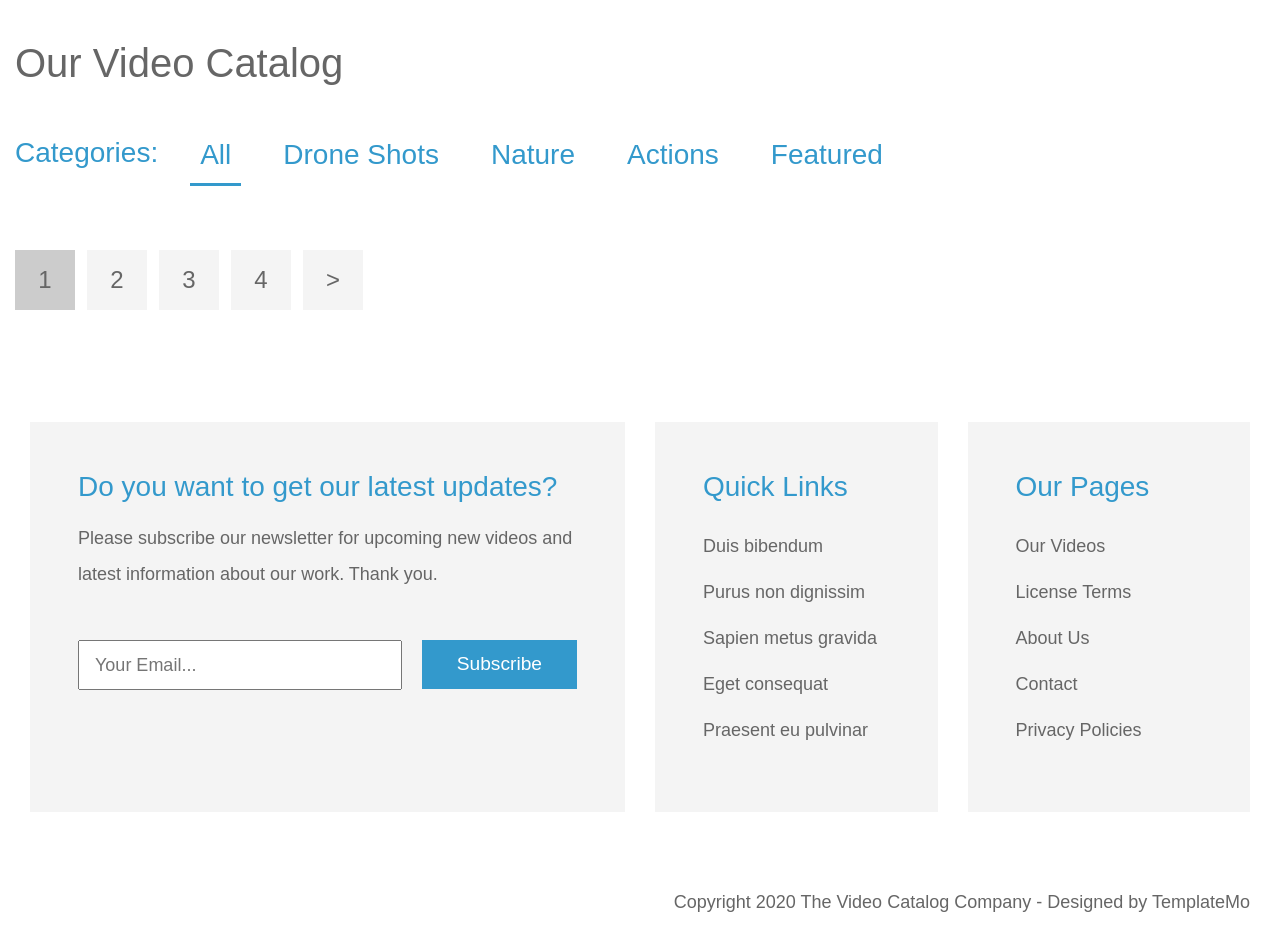
Repository: Marhamat92/PCAT-project-with-node-backend
Page: http://localhost/
The author's editor kept a copy of each file at every save. The page is drawn from the files as they stood at one save, then again after the next save.
The browser window is 1280 px wide. The pictures show the part of the page from y = 761 to 1713 px (the page is 1767 px tall before and 1707 px after).
Some web fonts or font styles are not loaded; a fallback is used. The page is served by the project's Node server (app.js). Other server files are loaded and not shown. Queries for data that is not in the repository find no rows.

Above is the page before, as saved 2023-02-23 18:32:07.

### views/index.ejs
<%- include('partials/_header') %>
    <!-- include the head partial -->

    <body>
        <div class="tm-page-wrap mx-auto">
            <div class="position-relative">
                <%- include('partials/_navigation') %>
                    <div class="tm-welcome-container text-center text-white">
                        <div class="tm-welcome-container-inner">
                            <p class="tm-welcome-text mb-1 text-white">Video Catalog is brought to you by TemplateMo.
                            </p>
                            <p class="tm-welcome-text mb-5 text-white">This is a full-width video banner.</p>
                            <a href="#content" class="btn tm-btn-animate tm-btn-cta tm-icon-down">
                                <span>Discover</span>
                            </a>
                        </div>
                    </div>

                    <div id="tm-video-container">
                        <video autoplay muted loop id="tm-video">
                            <!-- <source src="video/sunset-timelapse-video.mp4" type="video/mp4"> -->
                            <source src="video/wheat-field.mp4" type="video/mp4">
                        </video>
                    </div>

                    <i id="tm-video-control-button" class="fas fa-pause"></i>
            </div>

            <div class="container-fluid">
                <div id="content" class="mx-auto tm-content-container">
                    <main>
                        <div class="row">
                            <div class="col-12">
                                <h2 class="tm-page-title mb-4">Our Video Catalog</h2>
                                <div class="tm-categories-container mb-5">
                                    <h3 class="tm-text-primary tm-categories-text">Categories:</h3>
                                    <ul class="nav tm-category-list">
                                        <li class="nav-item tm-category-item"><a href="#"
                                                class="nav-link tm-category-link active">All</a></li>
                                        <li class="nav-item tm-category-item"><a href="#"
                                                class="nav-link tm-category-link">Drone Shots</a></li>
                                        <li class="nav-item tm-category-item"><a href="#"
                                                class="nav-link tm-category-link">Nature</a></li>
                                        <li class="nav-item tm-category-item"><a href="#"
                                                class="nav-link tm-category-link">Actions</a></li>
                                        <li class="nav-item tm-category-item"><a href="#"
                                                class="nav-link tm-category-link">Featured</a></li>
                                    </ul>
                                </div>
                            </div>
                        </div>

                        <div class="row tm-catalog-item-list">

                            <% for(let i=0; i<photos.length; i++) { %>

                                <div class="col-lg-4 col-md-6 col-sm-12 tm-catalog-item">
                                    <div class="position-relative tm-thumbnail-container">
                                        <img src="<%= photos[i].image %>" alt="Image"
                                            class="img-fluid tm-catalog-item-img">
                                        <a href="/photos/<%= photos[i]._id %>" class="position-absolute tm-img-overlay">
                                            <i class="fas fa-play tm-overlay-icon"></i>
                                        </a>
                                    </div>
                                    <div class="p-4 tm-bg-gray tm-catalog-item-description">
                                        <h3 class="tm-text-primary mb-3 tm-catalog-item-title">
                                            <%= photos[i].title %>
                                        </h3>
                                        <p class="tm-catalog-item-text">
                                            <%= photos[i].description %>
                                        </p>
                                    </div>
                                </div>

                                <% } %>

                        </div>

                        <!-- Catalog Paging Buttons -->
                        <div>
                            <ul class="nav tm-paging-links">
                                <li class="nav-item active"><a href="#" class="nav-link tm-paging-link">1</a></li>
                                <li class="nav-item"><a href="#" class="nav-link tm-paging-link">2</a></li>
                                <li class="nav-item"><a href="#" class="nav-link tm-paging-link">3</a></li>
                                <li class="nav-item"><a href="#" class="nav-link tm-paging-link">4</a></li>
                                <li class="nav-item"><a href="#" class="nav-link tm-paging-link">></a></li>
                            </ul>
                        </div>
                    </main>

                    <%- include('partials/_footer') %>
                        <!-- footer partial with ejs syntax        -->
                </div> <!-- tm-content-container -->
            </div>

        </div> <!-- .tm-page-wrap -->

        <script src="js/jquery-3.4.1.min.js"></script>
        <script src="js/bootstrap.min.js"></script>
        <script>
            function setVideoSize() {
                const vidWidth = 1920;
                const vidHeight = 1080;
                let windowWidth = window.innerWidth;
                let newVidWidth = windowWidth;
                let newVidHeight = windowWidth * vidHeight / vidWidth;
                let marginLeft = 0;
                let marginTop = 0;

                if (newVidHeight < 500) {
                    newVidHeight = 500;
                    newVidWidth = newVidHeight * vidWidth / vidHeight;
                }

                if (newVidWidth > windowWidth) {
                    marginLeft = -((newVidWidth - windowWidth) / 2);
                }

                if (newVidHeight > 720) {
                    marginTop = -((newVidHeight - $('#tm-video-container').height()) / 2);
                }

                const tmVideo = $('#tm-video');

                tmVideo.css('width', newVidWidth);
                tmVideo.css('height', newVidHeight);
                tmVideo.css('margin-left', marginLeft);
                tmVideo.css('margin-top', marginTop);
            }

            $(document).ready(function () {
                /************** Video background *********/

                setVideoSize();

                // Set video background size based on window size
                let timeout;
                window.onresize = function () {
                    clearTimeout(timeout);
                    timeout = setTimeout(setVideoSize, 100);
                };

                // Play/Pause button for video background
                const btn = $("#tm-video-control-button");

                btn.on("click", function (e) {
                    const video = document.getElementById("tm-video");
                    $(this).removeClass();

                    if (video.paused) {
                        video.play();
                        $(this).addClass("fas fa-pause");
                    } else {
                        video.pause();
                        $(this).addClass("fas fa-play");
                    }
                });
            })


        </script>
    </body>

    </html>

### views/partials/_header.ejs
<!DOCTYPE html>
<html lang="en">

<head>
  <meta charset="UTF-8">
  <meta name="viewport" content="width=device-width, initial-scale=1.0">
  <title>Video Catalog</title>
  <link rel="stylesheet" href="/fontawesome/css/all.min.css"> <!-- https://fontawesome.com/ -->
  <link href="https://fonts.googleapis.com/css2?family=Source+Sans+Pro&display=swap" rel="stylesheet">
  <!-- https://fonts.google.com/ -->
  <link rel="stylesheet" href="/css/bootstrap.min.css">
  <link rel="stylesheet" href="/css/templatemo-video-catalog.css">
  <!--

TemplateMo 552 Video Catalog

https://templatemo.com/tm-552-video-catalog

-->
</head>

### views/partials/_navigation.ejs
<div class="position-absolute tm-site-header">
  <div class="container-fluid position-relative">
    <div class="row">
      <div class="col-7 col-md-4">
        <a href="/" class="tm-bg-black text-center tm-logo-container">
          <i class="fas fa-video tm-site-logo mb-3"></i>
          <h1 class="tm-site-name">PCAT</h1>
        </a>
      </div>
      <div class="col-5 col-md-8 ml-auto mr-0">
        <div class="tm-site-nav">
          <nav class="navbar navbar-expand-lg mr-0 ml-auto" id="tm-main-nav">
            <button class="navbar-toggler tm-bg-black py-2 px-3 mr-0 ml-auto collapsed" type="button"
              data-toggle="collapse" data-target="#navbar-nav" aria-controls="navbar-nav" aria-expanded="false"
              aria-label="Toggle navigation">
              <span>
                <i class="fas fa-bars tm-menu-closed-icon"></i>
                <i class="fas fa-times tm-menu-opened-icon"></i>
              </span>
            </button>
            <div class="collapse navbar-collapse tm-nav" id="navbar-nav">
              <ul class="navbar-nav text-uppercase">
                <li class="nav-item active">
                  <a class="nav-link tm-nav-link" href="/">Videos <span class="sr-only">(current)</span></a>
                </li>
                <li class="nav-item">
                  <a class="nav-link tm-nav-link" href="/about">About</a>
                </li>
                <li class="nav-item">
                  <a class="nav-link tm-nav-link" href="/add">Add Photo</a>
                </li>
              </ul>
            </div>
          </nav>
        </div>
      </div>
    </div>
  </div>
</div>

### views/partials/_footer.ejs
<div class="container-fluid tm-content-container mx-auto pt-5">
  <!-- Subscribe form and footer links -->
  <div class="row mt-5 pt-3">
    <div class="col-xl-6 col-lg-12 mb-4">
      <div class="tm-bg-gray p-5 h-100">
        <h3 class="tm-text-primary mb-3">Do you want to get our latest updates?</h3>
        <p class="mb-5">Please subscribe our newsletter for upcoming new videos and latest
          information
          about our
          work. Thank you.</p>
        <form action="" method="GET" class="tm-subscribe-form">
          <input type="text" name="email" placeholder="Your Email..." required>
          <button type="submit" class="btn rounded-0 btn-primary tm-btn-small">Subscribe</button>
        </form>
      </div>
    </div>
    <div class="col-xl-3 col-lg-6 col-md-6 col-sm-6 col-12 mb-4">
      <div class="p-5 tm-bg-gray">
        <h3 class="tm-text-primary mb-4">Quick Links</h3>
        <ul class="list-unstyled tm-footer-links">
          <li><a href="#">Duis bibendum</a></li>
          <li><a href="#">Purus non dignissim</a></li>
          <li><a href="#">Sapien metus gravida</a></li>
          <li><a href="#">Eget consequat</a></li>
          <li><a href="#">Praesent eu pulvinar</a></li>
        </ul>
      </div>
    </div>
    <div class="col-xl-3 col-lg-6 col-md-6 col-sm-6 col-12 mb-4">
      <div class="p-5 tm-bg-gray h-100">
        <h3 class="tm-text-primary mb-4">Our Pages</h3>
        <ul class="list-unstyled tm-footer-links">
          <li><a href="#">Our Videos</a></li>
          <li><a href="#">License Terms</a></li>
          <li><a href="#">About Us</a></li>
          <li><a href="#">Contact</a></li>
          <li><a href="#">Privacy Policies</a></li>
        </ul>
      </div>
    </div>
  </div> <!-- row -->

  <footer class="row pt-5">
    <div class="col-12">
      <p class="text-right">Copyright 2020 The Video Catalog Company

        - Designed by <a href="https://templatemo.com" rel="nofollow" target="_parent">TemplateMo</a>
      </p>
    </div>
  </footer>
</div>

Loaded but not shown: public/fontawesome/css/all.min.css (library); public/css/bootstrap.min.css (library); public/js/jquery-3.4.1.min.js (library); public/js/bootstrap.min.js (library); controllers/photoControllers.js (57 lines, source omitted); app.js (52 lines, source omitted); public/css/templatemo-video-catalog.css (528 lines, source omitted)

After the next save:
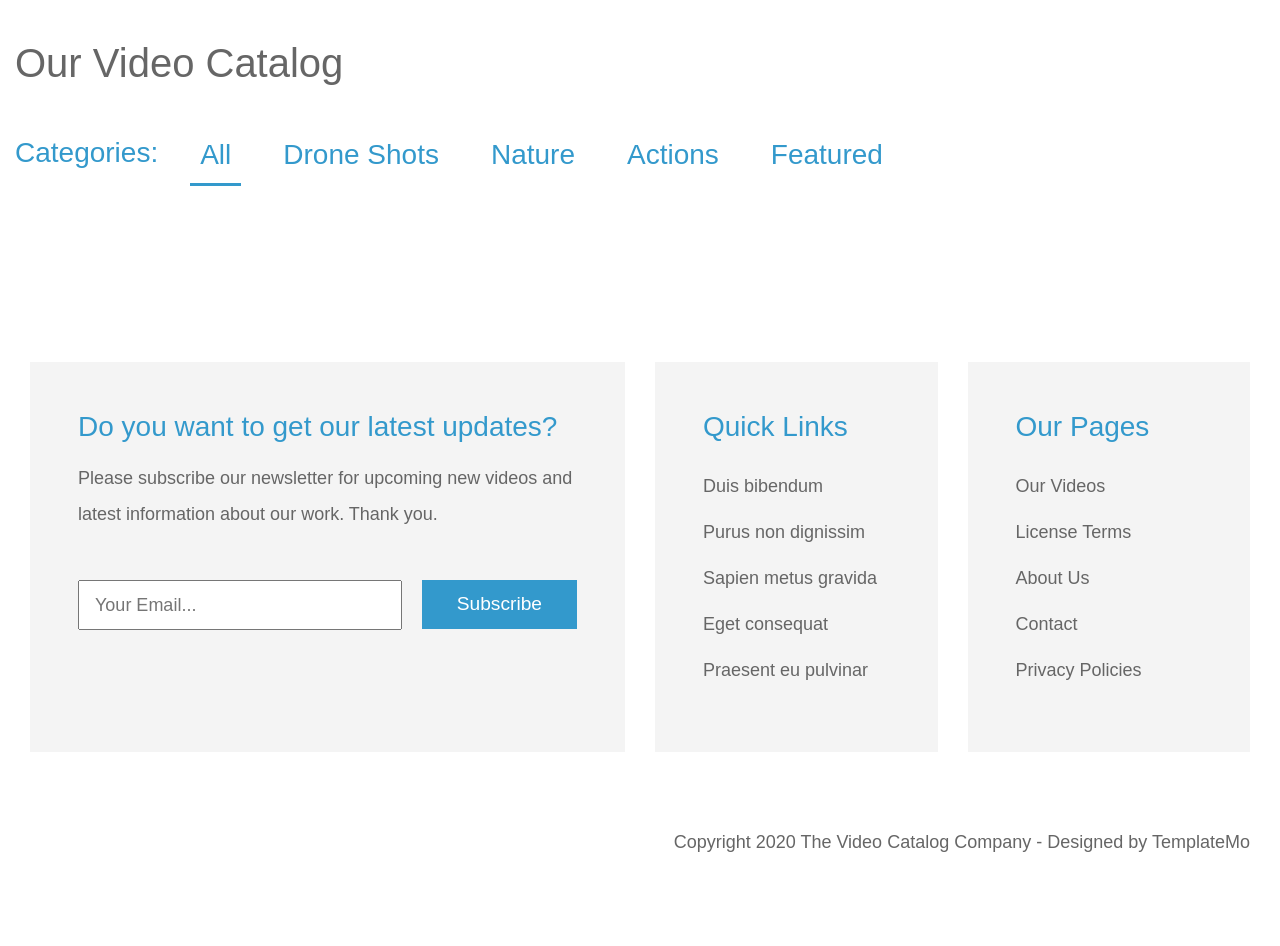
Saved 2 min 15 s later.
--- a/views/index.ejs
+++ b/views/index.ejs
@@ -78,13 +78,15 @@
 
                         <!-- Catalog Paging Buttons -->
                         <div>
-                            <ul class="nav tm-paging-links">
-                                <li class="nav-item active"><a href="#" class="nav-link tm-paging-link">1</a></li>
-                                <li class="nav-item"><a href="#" class="nav-link tm-paging-link">2</a></li>
-                                <li class="nav-item"><a href="#" class="nav-link tm-paging-link">3</a></li>
-                                <li class="nav-item"><a href="#" class="nav-link tm-paging-link">4</a></li>
-                                <li class="nav-item"><a href="#" class="nav-link tm-paging-link">></a></li>
-                            </ul>
+                            <% if(pages>0) {%>
+                                <ul class="nav tm-paging-links">
+                                    <li class="nav-item active"><a href="#" class="nav-link tm-paging-link">1</a></li>
+                                    <li class="nav-item"><a href="#" class="nav-link tm-paging-link">2</a></li>
+                                    <li class="nav-item"><a href="#" class="nav-link tm-paging-link">3</a></li>
+                                    <li class="nav-item"><a href="#" class="nav-link tm-paging-link">4</a></li>
+                                    <li class="nav-item"><a href="#" class="nav-link tm-paging-link">></a></li>
+                                </ul>
+                                <% } %>
                         </div>
                     </main>
 
